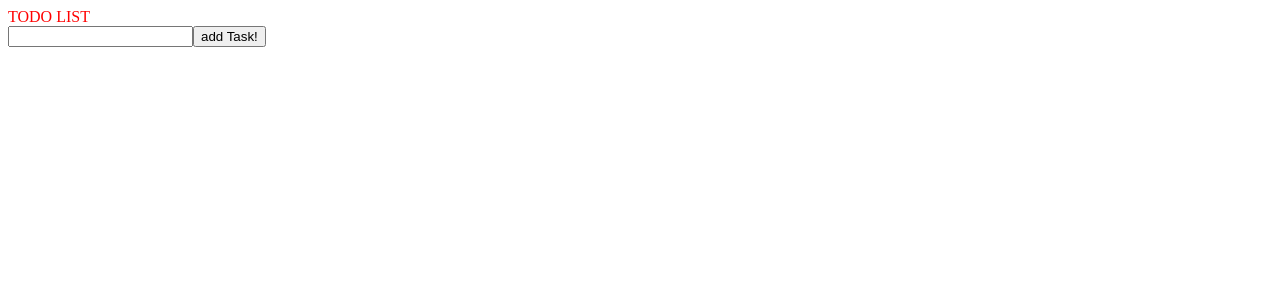
Repository: WistreHosshii/hacathon_todolList
Page: /
These files come from the project's save history. The page is drawn as it stood at one moment and after the next save; the edit follows.
The browser window is 1280 px wide. The pictures show the whole page.
The project was rebuilt for these pictures with package versions that can differ from the ones it lists, and the page was loaded fresh each time.

Above is the page before, as saved 2019-06-09 16:00:46.

### index.html
<!DOCTYPE html>
<html lang="ja">

<head>
    <meta charset="UTF-8">
    <meta name="viewport" content="width=device-width, initial-scale=1.0">
    <meta http-equiv="X-UA-Compatible" content="ie=edge">
    <title>Document</title>
    <link rel="stylesheet" href="./index.css">
</head>

<body>
    <div id="root"></div>
    <script src="./index.tsx"></script>
</body>

</html>

### index.css
.title {
    color: red;
}


table {
    border-collapse: collapse;
}

.table th,
table td {
    border: solid 1px black;
}

### App.tsx
import React, { Component } from 'react';

interface Props {}
interface State {
  todos: Todo[];
  value: string;
}

export default class App extends Component<Props, State> {
  constructor(props: any) {
    super(props);
    this.state = {
      todos: [],
      value: '',
    };
    this.handleChange = this.handleChange.bind(this);
  }

  render() {
    return (
      <div>
        <div className="todoList">
          <div className="title">TODO LIST</div>
          <div className="contents">
            <table>
              <tbody>
                {/* <tr>
                <th>完了</th>
                <th>未完了</th>
              </tr> */}

                {this.state.todos.map((todo, i) => {
                  return (
                    <tr key={i}>
                      <td>{todo.content}</td>
                    </tr>
                  );
                })}
              </tbody>
            </table>
          </div>
          <div className="computeTaskWrapper">
            <input type="text" value={this.state.value} onChange={this.handleChange} />
            <button
              className="btn"
              onClick={() => {
                this.addTaskHandler();
              }}
            >
              add Task!
            </button>
          </div>
        </div>
      </div>
    );
  }
  addTaskHandler() {
    if (this.state.value != '') {
      this.setState(state => {
        return { todos: [...state.todos, { id: '', content: this.state.value, createdAt: '' }] };
      });
      this.setState({ value: '' });
    }
  }
  handleChange(event: any) {
    this.setState({ value: event.target.value });
  }
}

Loaded but not shown: index.tsx (common file)

After the next save:
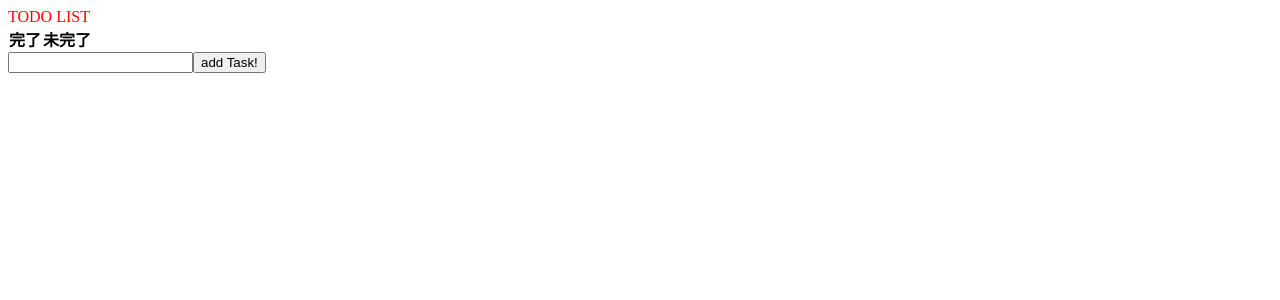
Saved 39 s later.
--- a/App.tsx
+++ b/App.tsx
@@ -24,10 +24,10 @@ export default class App extends Component<Props, State> {
           <div className="contents">
             <table>
               <tbody>
-                {/* <tr>
-                <th>完了</th>
-                <th>未完了</th>
-              </tr> */}
+                <tr>
+                  <th>完了</th>
+                  <th>未完了</th>
+                </tr>
 
                 {this.state.todos.map((todo, i) => {
                   return (
